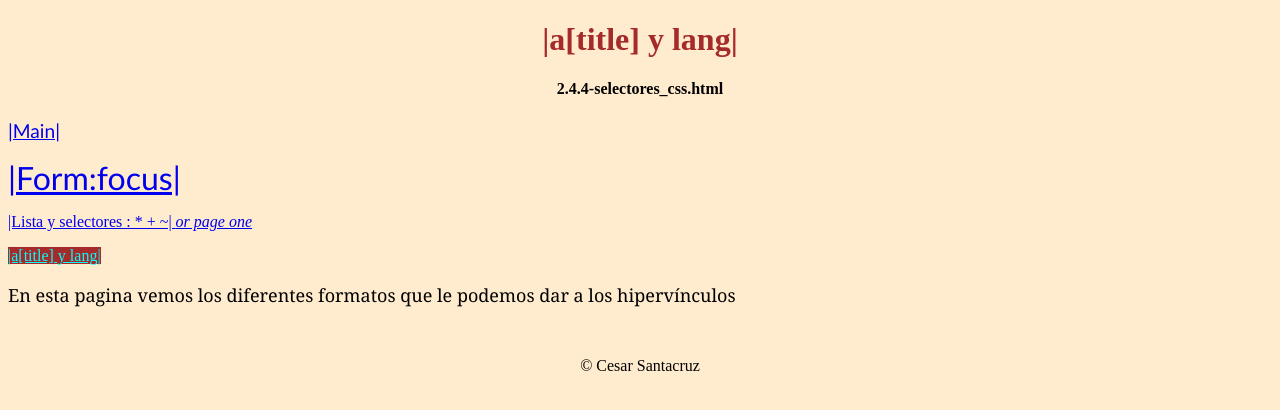
Repository: cesarsant0203/My_Study
Page: Introducción al desarrollo web/2-Css/2.4.4-selectores_css.html
The author's editor kept a copy of each file at every save. The page is drawn from the files as they stood at one save, then again after the next save.
The browser window is 1280 px wide. The pictures show the whole page.

Above is the page before, as saved 2020-04-28 19:58:55.

### Introducción al desarrollo web/2-Css/2.4.4-selectores_css.html
<!DOCTYPE html>
<html lang="es">

<head>
    <meta charset="utf-8" />
    <title> Selectores CSS </title>
    <link href="2.4.4-selectores_css.css" rel="stylesheet" />
</head>

<body>

    <h1 id="titulo">|a[title] y lang|</h1>
    <h4>2.4.4-selectores_css.html</h4>
    <section id="mySection" class="box">
        <nav>
            <p>
                <a href="2.4-selectores_css.html" title="Indice">|Main|</a>
            </p>
            <p>
                <a href="2.4.2-selectores_css.html" title="Visitado">|Form:focus|</a>
            </p>
            <p>
                <a href="2.4.3-selectores_css.html" title="Pagina 1">|Lista y selectores : * + ~|
                    <span lang="en"> or page one</span></a>
            </p>
            <p>
                <a href="2.4.4-selectores_css.html" id="top-one">|a[title] y lang|</a>
            </p>
        </nav>
    </section>
    <article>
        <p id="p1">
            En esta pagina vemos los diferentes formatos que le podemos
             dar a los hipervínculos
        </p>
    </article>
    <footer>
        &copy Cesar Santacruz
    </footer>
</body>

</html>

### Introducción al desarrollo web/2-Css/2.4.4-selectores_css.css
/*a[title]{
    font-weight: bold;
}
*/
*{
    background-color: blanchedalmond;
}
h1#titulo, h4 {
    text-align: center;
}
h1 {
    color: brown;
}

a[title=Visitado]{
    font-family: 'Gill Sans', 'Gill Sans MT', Calibri, 'Trebuchet MS', sans-serif;
    font-size: xx-large;
}
a[id |=top] {
    background-color: brown;
    color: aqua;
}
a[title~=Indice]{
    font-family: 'Gill Sans', 'Gill Sans MT', Calibri, 'Trebuchet MS', sans-serif;
    font-size: larger;
}
:lang(en){
    font-style: italic;
}
p#p1 {
    font-family: Georgia, 'Times New Roman', Times, serif;
    font-size: large;

}
footer {
    position: relative;
    margin-top: 50px;
    text-align: center;
    height: 30px;
}

After the next save:
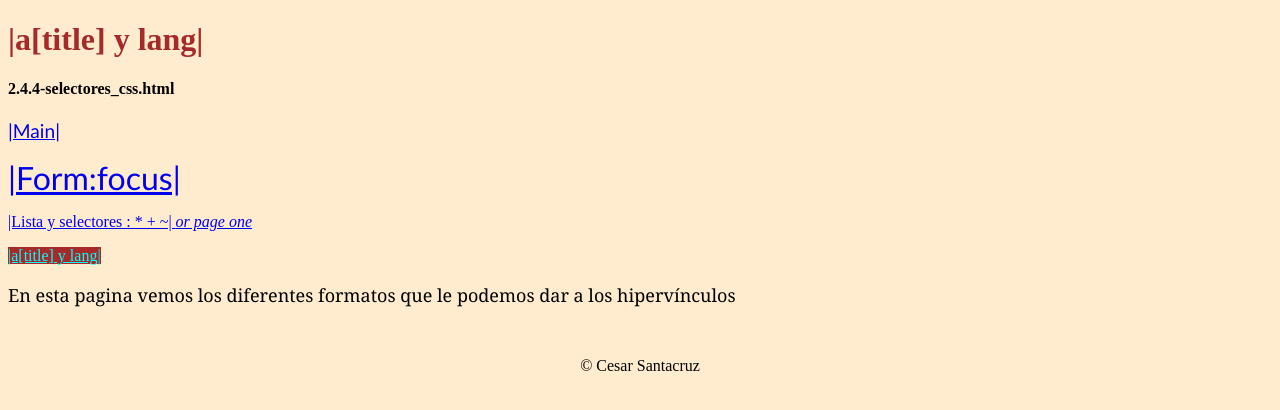
Saved 16 s later.
--- a/Introducción al desarrollo web/2-Css/2.4.4-selectores_css.css
+++ b/Introducción al desarrollo web/2-Css/2.4.4-selectores_css.css
@@ -5,7 +5,7 @@
 *{
     background-color: blanchedalmond;
 }
-h1#titulo, h4 {
+h1#titulo, h4, {
     text-align: center;
 }
 h1 {
